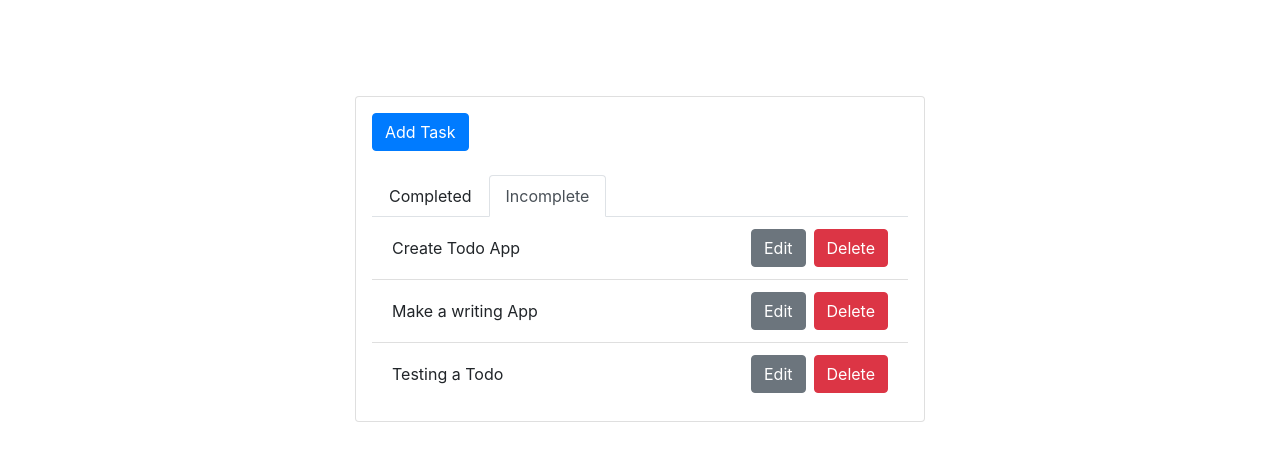
Repository: GarlicButterBoy/DjangoReactTodoAppFrontend
Page: /
The author's editor kept a copy of each file at every save. The page is drawn from the files as they stood at one save, then again after a run of saves.
The browser window is 1280 px wide. The pictures show the whole page.
The project was rebuilt for these pictures with package versions that can differ from the ones it lists, and the page was loaded fresh each time. Also part of the build but not shown: src/components/Modal.js.

Above is the page before, as saved 2022-07-13 10:55:42.

### src/App.js
import React, { Component } from "react";
import Modal from "./components/Modal";
import axios from "axios";

const todoItems = [
  {
    id: 1,
    title: "Create Todo App",
    description: "Create an App with Todo's.",
    completed: false,
  },
  {
    id: 2,
    title: "Start using Django",
    description: "Start using Django and React",
    completed: true,
  },
  {
    id: 3,
    title: "Make a writing App",
    description: "Make an app to help track my writing",
    completed: false,
  },
  {
    id: 4,
    title: "Testing a Todo",
    description: "This is just a test",
    completed: false,
  },
];

class App extends Component {
  constructor(props) {
    super(props);
    this.state = {
      viewCompleted: false,
      todoList: todoItems,
      modal: false,
      activeItem: {
        title: "",
        description: "",
        completed: false,
      },
    };
  }

  toggle = () => {
    this.setState({ modal: !this.state.modal });
  };

  handleSubmit = (item) => {
    this.toggle();

    alert("save" + JSON.stringify(item));
  };

  handleDelete = (item) => {
    alert("delete" + JSON.stringify(item));
  };

  createItem = () => {
    const item = { title: "", description: "", completed: false };

    this.setState({ activeItem: item, modal: !this.state.modal });
  };

  editItem = (item) => {
    this.setState({ activeItem: item, modal: !this.state.modal });
  };

  displayCompleted = (status) => {
    if (status) {
      return this.setState({ viewCompleted: true });
    }
    return this.setState({ viewCompleted: false });
  };

  renderTabList = () => {
    return (
      <div className="nav nav-tabs">
        <span
          className={this.state.viewCompleted ? "nav-link active" : "nav-link"}
          onClick={() => this.displayCompleted(true)}
        >
          Completed
        </span>
        <span
          className={this.state.viewCompleted ? "nav-link" : "nav-link active"}
          onClick={() => this.displayCompleted(false)}
        >
          Incomplete
        </span>
      </div>
    );
  };

  renderItems = () => {
    const { viewCompleted } = this.state;
    const newItems = this.state.todoList.filter(
      (item) => item.completed === viewCompleted
    );

    return newItems.map((item) => (
      <li
        key={item.id}
        className="list-group-item d-flex justify-content-between align-items-center"
      >
        <span
          className={`todo-title mr-2 ${
            this.state.viewCompleted ? "completed-todo" : ""
          } `}
          title={item.description}
        >
          {item.title}
        </span>
        <span>
          <button
            className="btn btn-secondary mr-2"
            onClick={() => this.editItem(item)}
          >
            Edit
          </button>
          <button
            className="btn btn-danger"
            onClick={() => this.handleDelete(item)}
          >
            Delete
          </button>
        </span>
      </li>
    ));
  };

  render() {
    return (
      <main className="container">
        <h1 className="text-white text-uppercase text-center my-4">Todo App</h1>
        <div className="row">
          <div className="col-md-6 col-sm-10 mx-auto p-0">
            <div className="card p-3">
              <div className="mb-4">
                <button className="btn btn-primary" onClick={this.createItem}>
                  Add Task
                </button>
              </div>
              {this.renderTabList()}
              <ul className="list-group list-group-flush border-top-0">
                {this.renderItems()}
              </ul>
            </div>
          </div>
        </div>
        {this.state.modal ? (
          <Modal
            activeItem={this.state.activeItem}
            toggle={this.toggle}
            onSave={this.handleSubmit}
          />
        ) : null}
      </main>
    );
  }
}

export default App;

Loaded but not shown: public/index.html (common file); src/index.js (common file); src/index.css (common file); src/reportWebVitals.js (common file)

After the next 3 saves:
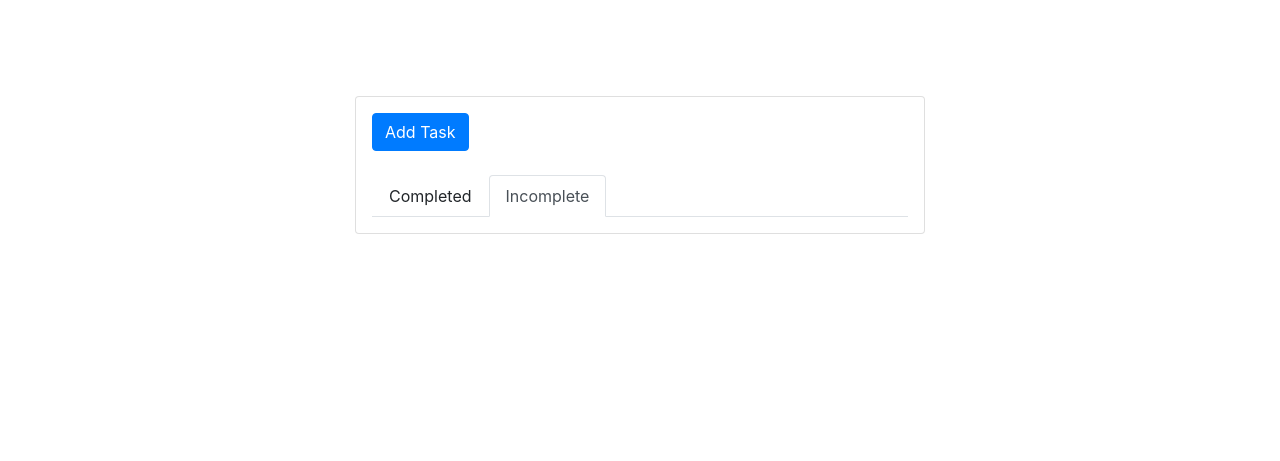
The 3 saves are shown as one change because they came seconds apart.
The last was saved 25 s later.
--- a/src/App.js
+++ b/src/App.js
@@ -1,40 +1,13 @@
 import React, { Component } from "react";
 import Modal from "./components/Modal";
 import axios from "axios";
-
-const todoItems = [
-  {
-    id: 1,
-    title: "Create Todo App",
-    description: "Create an App with Todo's.",
-    completed: false,
-  },
-  {
-    id: 2,
-    title: "Start using Django",
-    description: "Start using Django and React",
-    completed: true,
-  },
-  {
-    id: 3,
-    title: "Make a writing App",
-    description: "Make an app to help track my writing",
-    completed: false,
-  },
-  {
-    id: 4,
-    title: "Testing a Todo",
-    description: "This is just a test",
-    completed: false,
-  },
-];
 
 class App extends Component {
   constructor(props) {
     super(props);
     this.state = {
       viewCompleted: false,
-      todoList: todoItems,
+      todoList: [],
       modal: false,
       activeItem: {
         title: "",
